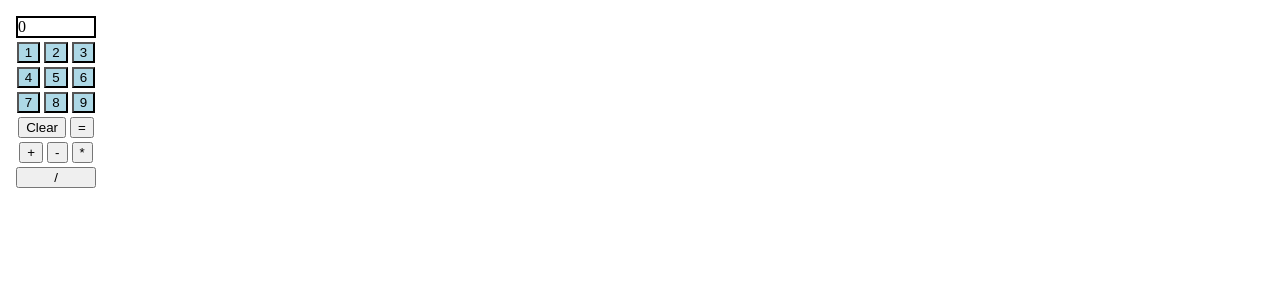
Repository: weazzyefff/Calculator-App
Page: index.html
An editor plug-in stored every save of this project. The page is shown before and after the next save, followed by the edit.
The browser window is 1280 px wide. The pictures show the whole page.
After loading, the first visible `#\=` was clicked once.

Above is the page before, as saved 2022-12-18 16:04:00.
Console error: ReferenceError: args is not defined

### index.html
<!DOCTYPE html>
<html>
<head>
	<meta charset="utf-8">
	<meta name="viewport" content="width=device-width, initial-scale=1">
	<title>Calculator App</title>
    <link rel="stylesheet" href="style.css">
    <script src="script.js" defer></script>
</head>
<body>
    <div class="container">
        <div class="display">0</div>
        <button type ="input" class="numbtn" id="1">1</button>
        <button type ="input" class="numbtn" id="2">2</button>
        <button type ="input" class="numbtn" id="3">3</button>
        <button type ="input" class="numbtn" id="4">4</button>
        <button type ="input" class="numbtn" id="5">5</button>
        <button type ="input" class="numbtn" id="6">6</button>
        <button type ="input" class="numbtn" id="7">7</button>
        <button type ="input" class="numbtn" id="8">8</button>
        <button type ="input" class="numbtn" id="9">9</button>
        <button type ="input" class="otherBtn" id="clear">Clear</button>
        <button type ="input" class="otherBtn" id="=">=</button>
        <button type ="input" class="otherBtn" id="+">+</button>
        <button type = "input" class="otherBtn" id="-">-</button>
        <button type = "input" class="otherBtn" id="*">*</button>
        <button type = "input" class="otherBtn" id="divide">/</button>
    </div>


</body>
</html>

### style.css
.container {
    width: 80px;
    display: flex;
    flex-wrap: wrap;
    align-items: center;
    justify-content: center;
    padding: 8px;
    gap: 4px;

}
.display {
    border: 2px solid black;
    width: 200px;
}
.numbtn {
    display: flex;
    background-color: lightblue;
}
.otherBtn {
    display: flex;
}
#divide {
    justify-content: center;
    flex-grow: 2;
}

### script.js
//Global variables
let displayValue = [];
let operator = [];

// Main functions
const add = (...args) => args.reduce((a, b) => a + b);

const subtract = (...args) => args.reduce((a, b) => a - b);

const multiply = (...args) => args.reduce((a, b) => a * b);

const divide = (...args) => args.reduce((a, b) => a / b);

const operate = (operator, ...displayValue) => {
  console.log(args);

    switch (operator) {

        case '+':
            return add(args);

        case '-':
            return subtract(a,b);

        case '*':
            return multiply(a,b);

        case '/':
            return divide(a,b);

        default: console.log("Blackhole sun, won't you come");
    }
}


const one = document.getElementById("1");
one.addEventListener("click", (e) => {
    document.querySelector(".display").innerHTML = 1;
    displayValue.push(1);
});
const two = document.getElementById("2");
two.addEventListener("click", (e) => {
    document.querySelector(".display").innerHTML = 2;
    displayValue.push(2);
});
const three = document.getElementById("3");
three.addEventListener("click", (e) => {
    document.querySelector(".display").innerHTML = 3;
    displayValue.push(3);
});
const four = document.getElementById("4");
four.addEventListener("click", (e) => {
    document.querySelector(".display").innerHTML = 4;
    displayValue.push(4);
});
const five = document.getElementById("5");
five.addEventListener("click", (e) => {
    document.querySelector(".display").innerHTML = 5;
    displayValue.push(5);
});
const six = document.getElementById("6");
six.addEventListener("click", (e) => {
    document.querySelector(".display").innerHTML = 6;
    displayValue.push(6);
});
const seven = document.getElementById("7");
seven.addEventListener("click", (e) => {
    document.querySelector(".display").innerHTML = 7;
    displayValue.push(7);
});
const eight = document.getElementById("8");
eight.addEventListener("click", (e) => {
    document.querySelector(".display").innerHTML = 8;
    displayValue.push(8);
});
const nine = document.getElementById("9");
nine.addEventListener("click", (e) => {
    document.querySelector(".display").innerHTML = 9;
    displayValue.push(9);
});
const clear = document.getElementById("clear");
clear.addEventListener("click", (e) => {
    document.querySelector(".display").innerHTML = 0;
    return displayValue = [];
});
const addSign = document.getElementById("+");
addSign.addEventListener("click", (e) => {
    operator.push('+');

});
const subtractSign = document.getElementById("-");
subtractSign.addEventListener("click", (e) => {
    operator.push('-');
});
const multiplySign = document.getElementById("*");
multiplySign.addEventListener("click", (e) => {
    operator.push('*');
});
const divideSign = document.getElementById("divide");
divideSign.addEventListener("click", (e) => {
    operator.push('/');
});
const equals = document.getElementById("=");
equals.addEventListener("click", (e) => {
  return document.querySelector(".display").innerHTML = operate(...operator, ...displayValue);
});


//console.log(operate('+',10, 5)); <<working

After the next save:
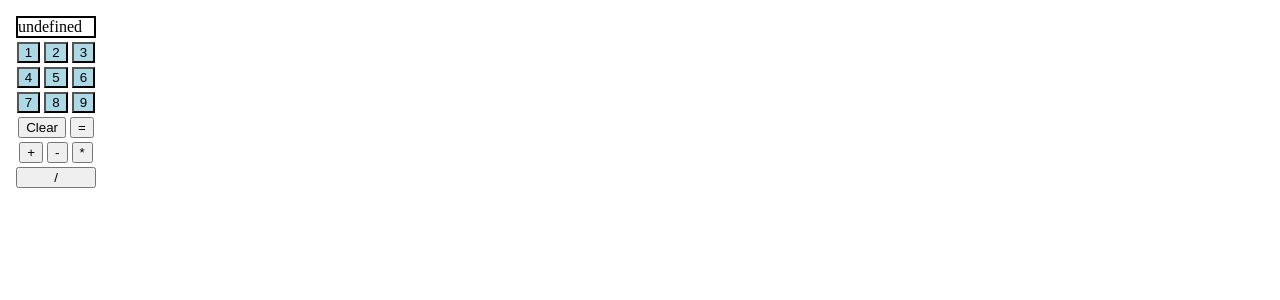
The error is gone.
Saved 17 s later.
--- a/script.js
+++ b/script.js
@@ -12,7 +12,6 @@ const multiply = (...args) => args.reduce((a, b) => a * b);
 const divide = (...args) => args.reduce((a, b) => a / b);
 
 const operate = (operator, ...displayValue) => {
-  console.log(args);
 
     switch (operator) {
 
